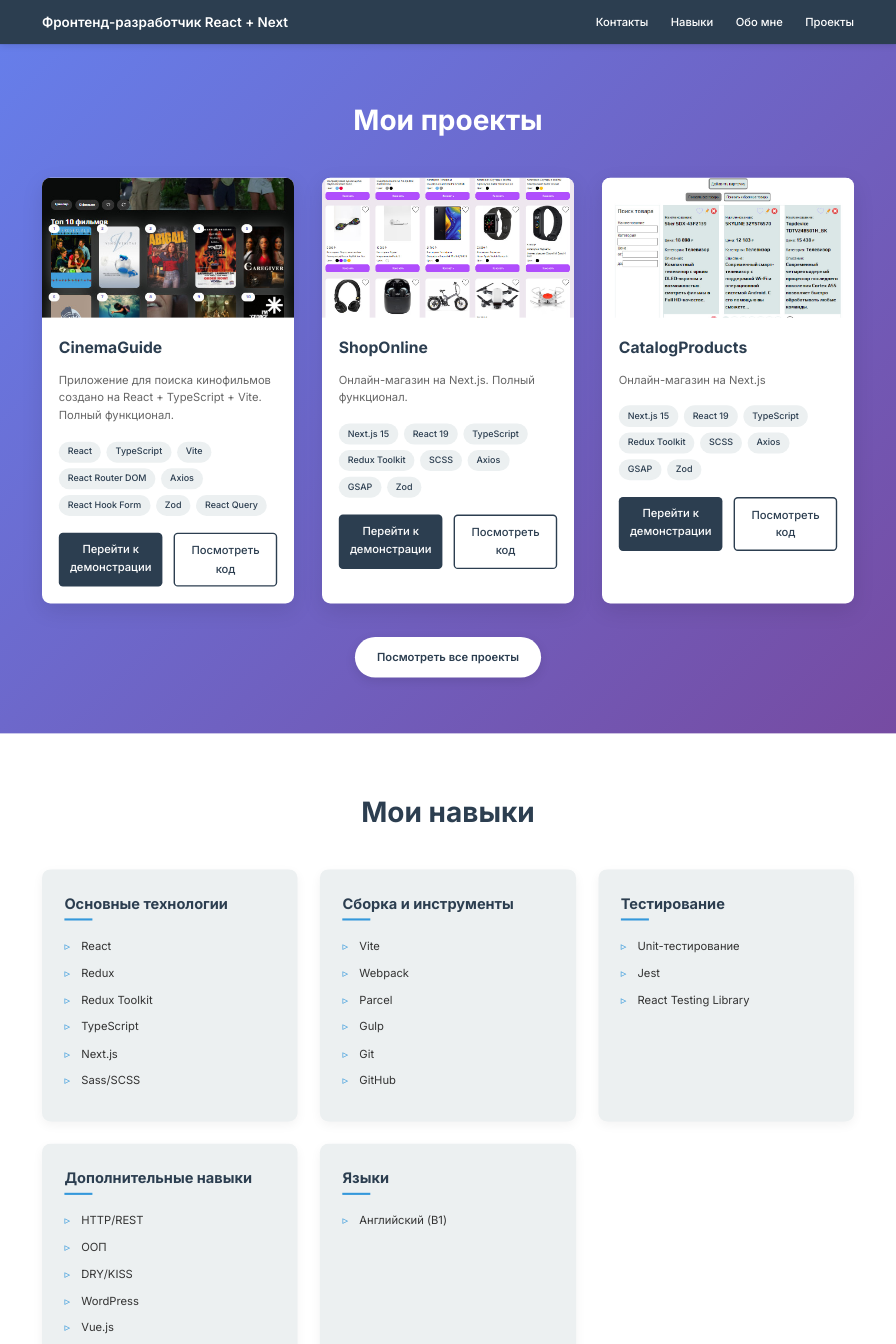
Repository: RostislavZeberg/resume-app
Page: /
An editor plug-in stored every save of this project. The page is shown before and after the next save, followed by the edit.
The browser window is 1280 px wide. The pictures show the part of the page from y = 0 to 1920 px (the page is 3604 px tall), at 70% of full size.
The project was rebuilt for these pictures with package versions that can differ from the ones it lists, and the page was loaded fresh each time. The framework's server and built-in components were replaced by stand-ins that run in the browser. Also part of the build but not shown: next.config.ts.

Above is the page before, as saved 2025-09-18 13:47:53.

### pages/_app.tsx
import type { AppProps } from 'next/app';
import '../styles/globals.scss';
import Head from 'next/head';

function MyApp({ Component, pageProps }: AppProps) {
  return (
    <>
      <Head>
        <meta name="viewport" content="width=device-width, initial-scale=1" />
        <meta name="theme-color" content="#2c3e50" />
        <meta name="description" content="Резюме фронтенд-разработчика React с 5+ годами опыта. Специализация: React, TypeScript, Next.js, Redux Toolkit." />
        <meta name="keywords" content="React, TypeScript, Next.js, фронтенд-разработчик, резюме" />
        <meta property="og:title" content="Фронтенд-разработчик React" />
        <meta property="og:description" content="Резюме фронтенд-разработчика React с 5+ годами опыта" />
        <meta property="og:type" content="website" />
        <link rel="icon" href="/favicon.ico" />
      </Head>
      <Component {...pageProps} />
    </>
  );
}

export default MyApp;

### pages/_document.tsx
import { Html, Head, Main, NextScript } from 'next/document';

export default function Document() {
  return (
    <Html lang="ru">
      <Head>
        <link rel="preconnect" href="https://fonts.googleapis.com" />
        <link rel="preconnect" href="https://fonts.gstatic.com" crossOrigin="anonymous" />
        <link href="https://fonts.googleapis.com/css2?family=Inter:wght@300;400;500;600;700&display=swap" rel="stylesheet" />

        {/* Фавикон */}
        <link rel="icon" href="/favicon.ico" sizes="any" />
        <link rel="icon" href="/favicon.svg" type="image/svg+xml" />
        <link rel="apple-touch-icon" href="/apple-touch-icon.png" />
        <link rel="manifest" href="/manifest.webmanifest" />

        {/* Мета-теги */}
        <meta name="theme-color" content="#2c3e50" />
        <meta name="description" content="Резюме фронтенд-разработчика React с 5+ годами опыта. Специализация: React, TypeScript, Next.js, Redux Toolkit." />
        <meta name="keywords" content="React, TypeScript, Next.js, фронтенд-разработчик, резюме" />
      </Head>
      <body>
        <Main />
        <NextScript />
      </body>
    </Html>
  );
}

### pages/index.tsx
import Head from 'next/head';
import { NextPage } from 'next';
import Contacts from '../components/Sections/Contacts';
import Skills from '../components/Sections/Skills';
import About from '../components/Sections/About';
import Projects from '../components/Sections/Projects';
import Header from '../components/Layout/Header';

const Home: NextPage = () => {
  return (
    <>
      <Head>
        <title>Фронтенд-разработчик React | Резюме</title>
        <meta name="description" content="Резюме фронтенд-разработчика React с 5+ годами опыта. Специализация: React, TypeScript, Next.js, Redux Toolkit." />
        <meta name="keywords" content="React, TypeScript, Next.js, фронтенд-разработчик, резюме" />
        <meta property="og:title" content="Фронтенд-разработчик React" />
        <meta property="og:description" content="Резюме фронтенд-разработчика React с 5+ годами опыта" />
        <meta property="og:type" content="website" />
        <link rel="icon" href="/favicon.ico" />
      </Head>

      <Header />
      <main>
        <Projects />
        <Skills />
        <About />
        <Contacts />
      </main>
    </>
  );
};

export default Home;

### styles/globals.scss
// Переменные и миксины
@import './variables.scss';
@import './mixins';

// Глобальные стили
* {
  box-sizing: border-box;
  margin: 0;
  padding: 0;
}

html {
  scroll-behavior: smooth;
  scroll-padding-top: 60px;
}

body {
  font-family: 'Inter', 'Arial', sans-serif;
  line-height: 1.6;
  color: $text-color;
  background-color: $background-color;
  padding-top: 60px;
}

.container {
  max-width: 1200px;
  margin: 0 auto;
  padding: 0 20px;
}

section {
  padding: 80px 0;

  h2 {
    text-align: center;
    margin-bottom: 50px;
    font-size: 2.5rem;
    color: $primary-color;
  }
}

// Анимации
@keyframes fadeIn {
  from {
    opacity: 0;
    transform: translateY(20px);
  }
  to {
    opacity: 1;
    transform: translateY(0);
  }
}

.fade-in {
  animation: fadeIn 0.6s ease forwards;
}

// Адаптивность
@include desktop {
  .container {
    max-width: 1200px;
  }
}

@include tablet {
  .container {
    max-width: 100%;
    padding: 0 15px;
  }

  section {
    padding: 60px 0;

    h2 {
      font-size: 2rem;
      margin-bottom: 40px;
    }
  }
}

@include mobile {
  .container {
    padding: 0 10px;
  }

  section {
    padding: 40px 0;

    h2 {
      font-size: 1.8rem;
      margin-bottom: 30px;
    }
  }
}

### components/Sections/Contacts.tsx
import React from 'react';
import Icon from '../UI/Icon';
import styles from '../../styles/sections/contacts.module.scss';
import { contacts } from '@/info/contacts';

const Contacts: React.FC = () => {

  return (
    <section id="contacts" className={styles.contacts}>
      <div className="container">
        <h2>Контакты</h2>
        <div className={styles.contactsGrid}>
          {contacts.map((contact, index) => (
            <a
              key={index}
              href={contact.href}
              className={styles.contactItem}
              target="_blank"
              rel="noopener noreferrer"
            >
              <Icon name={contact.icon} className={styles.contactIcon} />
              <span>{contact.text}</span>
            </a>
          ))}
        </div>
      </div>
    </section>
  );
};

export default Contacts;

### components/Sections/Skills.tsx
import React from 'react';
import styles from '../../styles/sections/skills.module.scss';

const Skills: React.FC = () => {
  const skillCategories = [
    {
      title: 'Основные технологии',
      skills: ['React', 'Redux', 'Redux Toolkit', 'TypeScript', 'Next.js', 'Sass/SCSS']
    },
    {
      title: 'Сборка и инструменты',
      skills: ['Vite', 'Webpack', 'Parcel', 'Gulp', 'Git', 'GitHub']
    },
    {
      title: 'Тестирование',
      skills: ['Unit-тестирование', 'Jest', 'React Testing Library']
    },
    {
      title: 'Дополнительные навыки',
      skills: ['HTTP/REST', 'ООП', 'DRY/KISS', 'WordPress', 'Vue.js', 'SQL', 'Python', 'Docker', 'Linux']
    },
    {
      title: 'Языки',
      skills: ['Английский (B1)']
    }
  ];

  return (
    <section id="skills" className={styles.skills}>
      <div className="container">
        <h2>Мои навыки</h2>
        <div className={styles.skillsGrid}>
          {skillCategories.map((category, index) => (
            <div key={index} className={styles.skillCategory}>
              <h3>{category.title}</h3>
              <ul>
                {category.skills.map((skill, i) => (
                  <li key={i}>{skill}</li>
                ))}
              </ul>
            </div>
          ))}
        </div>
      </div>
    </section>
  );
};

export default Skills;

### components/Sections/About.tsx
import React from 'react';
import styles from '../../styles/sections/about.module.scss';

const About: React.FC = () => {
  return (
    <section id="about" className={styles.about}>
      <div className="container">
        <h2>Обо мне</h2>
        <div className={styles.aboutContent}>
          <p>
            Усидчив и внимателен к деталям, сосредоточен на выполнении задач, не отвлекаясь на внешние раздражители.
            Мой скрупулезный подход к архитектуре кода, его чистоте и читабельности сводит к минимуму возникновение ошибок
            при дальнейшей эксплуатации проектов.
          </p>
          <p>
            Коммуникабелен и открыт для общения с коллегами, что позволяет эффективно обсуждать проекты и находить оптимальные решения.
            Дисциплинированность помогает мне выстраивать свою работу по четкому плану, всегда выполнять задачи качественно и в срок,
            а также быть требовательным к себе.
          </p>
          <p>
            Инициативность является важной частью моей работы: я не боюсь доводить до руководства свои идеи и предложения по решению проблем.
            Обучаем и стремлюсь к постоянному развитию, ведь IT-отрасль динамично меняется, и изучение новых направлений и тенденций
            в программировании – это важная часть моего профессионального роста.
          </p>
          <p>
            Есть желание работать и развиваться в сфере разработки приложений, которая является частью моего восприятия мира.
            Я наслаждаюсь процессом создания кода и когда вижу результаты своей деятельности.
          </p>
          <p>
            К своим сильным сторонам отношу навыки работы в команде, стремление находить максимально эффективные и эстетичные решения,
            а также способность самостоятельно искать ресурсы для решения проблем и повышения профессионального уровня.
          </p>
          <p>
            Рассматриваю проектную деятельность и удаленную работу.
          </p>
        </div>
      </div>
    </section>
  );
};

export default About;

### components/Sections/Projects.tsx
import React from 'react';
import ProjectCard from '../UI/ProjectCard';
import styles from '../../styles/sections/projects.module.scss';
import { projects } from '@/info/projects';

const Projects: React.FC = () => {
  return (
    <section id="projects" className={styles.projects}>
      <div className="container">
        <h2>Мои проекты</h2>
        <div className={styles.projectsGrid}>
          {projects.map((project, index) => (
            <ProjectCard key={index} project={project} />
          ))}
        </div>
        <div className={styles.viewAll}>
          <a
            href="https://github.com/RostislavZeberg?tab=repositories"
            className={styles.viewAllButton}
            target="_blank"
            rel="noopener noreferrer"
          >
            Посмотреть все проекты
          </a>
        </div>
      </div>
    </section>
  );
};

export default Projects;

### components/Layout/Header.tsx
import React, { useState } from 'react';
import Link from 'next/link';
import styles from '../../styles/layout/header.module.scss';

const Header: React.FC = () => {
  const [isMenuOpen, setIsMenuOpen] = useState(false);

  const toggleMenu = () => {
    setIsMenuOpen(!isMenuOpen);
  };

  return (
    <header className={styles.header}>
      <div className="container">
        <nav className={styles.nav}>
          <div className={styles.logo}>
            <Link href="/">Фронтенд-разработчик React + Next</Link>
          </div>

          <button
            className={`${styles.menuToggle} ${isMenuOpen ? styles.active : ''}`}
            onClick={toggleMenu}
            aria-label="Меню"
          >
            <span></span>
            <span></span>
            <span></span>
          </button>

          <ul className={`${styles.navList} ${isMenuOpen ? styles.active : ''}`}>
            <li><a href="#contacts" onClick={() => setIsMenuOpen(false)}>Контакты</a></li>
            <li><a href="#skills" onClick={() => setIsMenuOpen(false)}>Навыки</a></li>
            <li><a href="#about" onClick={() => setIsMenuOpen(false)}>Обо мне</a></li>
            <li><a href="#projects" onClick={() => setIsMenuOpen(false)}>Проекты</a></li>
          </ul>
        </nav>
      </div>
    </header>
  );
};

export default Header;

### styles/variables.scss
// Цвета
$primary-color: #2c3e50;
$secondary-color: #3498db;
$accent-color: #e74c3c;
$background-color: #f9f9f9;
$text-color: #333;
$light-gray: #ecf0f1;

// Breakpoints
$desktop: 1280px;
$tablet: 1024px;
$small-tablet: 768px;
$mobile: 320px;

### styles/mixins.scss
@mixin desktop {
  @media (min-width: #{$desktop}) {
    @content;
  }
}

@mixin tablet {
  @media (min-width: #{$small-tablet}) and (max-width: #{$tablet}) {
    @content;
  }
}

@mixin small-tablet {
  @media (min-width: #{$mobile}) and (max-width: #{$small-tablet - 1px}) {
    @content;
  }
}

@mixin mobile {
  @media (max-width: #{$mobile}) {
    @content;
  }
}

@mixin flex-center {
  display: flex;
  justify-content: center;
  align-items: center;
}

@mixin card-shadow {
  box-shadow: 0 4px 6px rgba(0, 0, 0, 0.1);
  transition: box-shadow 0.3s ease;

  &:hover {
    box-shadow: 0 10px 20px rgba(0, 0, 0, 0.15);
  }
}

### components/UI/Icon.tsx
import React from 'react';
import Image from 'next/image';

interface IconProps {
  name: string;
  className?: string;
  width?: number;
  height?: number;
}

const Icon: React.FC<IconProps> = ({ name, className = '', width = 24, height = 24 }) => {
  return (
    <Image
      src={`/icons/${name}.svg`}
      alt={`${name} icon`}
      width={width}
      height={height}
      className={className}
    />
  );
};

export default Icon;

### styles/sections/contacts.module.scss
@import '../variables';
@import '../mixins';

.contacts {
  background: linear-gradient(135deg, #f5f7fa 0%, #c3cfe2 100%);
  padding: 100px 0;
}

.contactsGrid {
  display: grid;
  grid-template-columns: repeat(auto-fit, minmax(250px, 1fr));
  gap: 2rem;
  margin-top: 3rem;
}

.contactItem {
  display: flex;
  flex-direction: column;
  align-items: center;
  justify-content: center;
  background: white;
  padding: 2rem;
  border-radius: 12px;
  box-shadow: 0 10px 30px rgba(0, 0, 0, 0.1);
  transition: all 0.3s ease;
  text-decoration: none;
  color: $text-color;

  &:hover {
    transform: translateY(-5px);
    box-shadow: 0 15px 40px rgba(0, 0, 0, 0.15);

    .contactIcon {
      transform: scale(1.1);
    }
  }
}

.contactIcon {
  width: 60px;
  height: 60px;
  margin-bottom: 1rem;
  transition: transform 0.3s ease;
}

// Адаптивность
@include tablet {
  .contactsGrid {
    grid-template-columns: repeat(2, 1fr);
    gap: 1.5rem;
  }
}

@include small-tablet {
  .contactsGrid {
    grid-template-columns: 1fr;
    gap: 1rem;
  }

  .contactItem {
    padding: 1.5rem;
  }
}

@include mobile {
  .contacts {
    padding: 80px 0;
  }

  .contactIcon {
    width: 50px;
    height: 50px;
  }
}

### info/contacts.ts
export const contacts = [
  { icon: 'email', text: 'zeberg@bk.ru', href: 'mailto:zeberg@bk.ru' },
  { icon: 'phone', text: '+7(960)-552-4171', href: 'tel:+79605524171' },
  { icon: 'telegram', text: '@zeberg_jaguar', href: 'https://t.me/zeberg_jaguar' },
  { icon: 'github', text: 'GitHub', href: 'https://github.com/RostislavZeberg?tab=repositories' }
];

### styles/sections/skills.module.scss
@import '../variables';
@import '../mixins';

.skills {
  background-color: white;
}

.skillsGrid {
  display: grid;
  grid-template-columns: repeat(auto-fit, minmax(300px, 1fr));
  gap: 2rem;
}

.skillCategory {
  background: $light-gray;
  padding: 2rem;
  border-radius: 12px;
  box-shadow: 0 5px 15px rgba(0, 0, 0, 0.05);

  h3 {
    color: $primary-color;
    margin-bottom: 1.5rem;
    font-size: 1.3rem;
    position: relative;
    padding-bottom: 0.5rem;

    &::after {
      content: '';
      position: absolute;
      bottom: 0;
      left: 0;
      width: 40px;
      height: 3px;
      background: $secondary-color;
    }
  }

  ul {
    list-style: none;
  }

  li {
    margin-bottom: 0.8rem;
    padding-left: 1.5rem;
    position: relative;

    &::before {
      content: '▹';
      position: absolute;
      left: 0;
      color: $secondary-color;
    }
  }
}

// Адаптивность
@include tablet {
  .skillsGrid {
    grid-template-columns: repeat(2, 1fr);
    gap: 1.5rem;
  }
}

@include small-tablet {
  .skillsGrid {
    grid-template-columns: 1fr;
    gap: 1rem;
  }

  .skillCategory {
    padding: 1.5rem;
  }
}

@include mobile {
  .skillCategory {
    padding: 1.2rem;

    h3 {
      font-size: 1.2rem;
    }
  }
}

### styles/sections/about.module.scss
@import '../variables';
@import '../mixins';

.about {
  background-color: $light-gray;
}

.aboutContent {
  max-width: 800px;
  margin: 0 auto;

  p {
    margin-bottom: 1.5rem;
    line-height: 1.8;
    text-align: justify;
  }
}

// Адаптивность
@include tablet {
  .aboutContent {
    padding: 0 1rem;
  }
}

@include mobile {
  .aboutContent p {
    text-align: left;
  }
}

### components/UI/ProjectCard.tsx
import React from 'react';
import Image from 'next/image';
import styles from '../../styles/ui/project-card.module.scss';

interface Project {
  name: string;
  description: string;
  demoLink: string;
  codeLink: string;
  technologies: string[];
}

interface ProjectCardProps {
  project: Project;
}

const ProjectCard: React.FC<ProjectCardProps> = ({ project }) => {
  return (
    <div className={styles.projectCard}>
      <div className={styles.projectImage}>
        <a href={project.demoLink} target="_blank" rel="noopener noreferrer">
          <Image
            src={`/images/projects/${project.name.toLowerCase()}.jpg`}
            alt={project.name}
            fill
            style={{ objectFit: 'cover' }}
            sizes="(max-width: 768px) 100vw, (max-width: 1200px) 50vw, 33vw"
          />
        </a>
      </div>
      <div className={styles.projectContent}>
        <h3>{project.name}</h3>
        <p>{project.description}</p>
        <div className={styles.technologies}>
          {project.technologies.map((tech, index) => (
            <span key={index} className={styles.techTag}>{tech}</span>
          ))}
        </div>
        <div className={styles.projectActions}>
          <a
            href={project.demoLink}
            className={styles.demoButton}
            target="_blank"
            rel="noopener noreferrer"
          >
            Перейти к демонстрации
          </a>
          <a
            href={project.codeLink}
            className={styles.codeButton}
            target="_blank"
            rel="noopener noreferrer"
          >
            Посмотреть код
          </a>
        </div>
      </div>
    </div>
  );
};

export default ProjectCard;

### styles/sections/projects.module.scss
@import '../variables';
@import '../mixins';

.projects {
  background: linear-gradient(135deg, #667eea 0%, #764ba2 100%);
  color: white;

  h2 {
    color: white;
  }
}

.projectsGrid {
  display: grid;
  grid-template-columns: repeat(auto-fit, minmax(350px, 1fr));
  gap: 2.5rem;
  margin-bottom: 3rem;
}

.viewAll {
  text-align: center;
  margin-top: 3rem;
}

.viewAllButton {
  display: inline-block;
  padding: 1rem 2rem;
  background: white;
  color: $primary-color;
  text-decoration: none;
  border-radius: 30px;
  font-weight: 600;
  transition: all 0.3s ease;
  box-shadow: 0 5px 15px rgba(0, 0, 0, 0.1);

  &:hover {
    transform: translateY(-3px);
    box-shadow: 0 10px 25px rgba(0, 0, 0, 0.2);
    background: $accent-color;
    color: white;
  }
}

// Адаптивность
@include tablet {
  .projectsGrid {
    grid-template-columns: repeat(2, 1fr);
    gap: 2rem;
  }
}

@include small-tablet {
  .projectsGrid {
    grid-template-columns: 1fr;
    gap: 1.5rem;
  }
}

@include mobile {
  .projectsGrid {
    grid-template-columns: 1fr;
    gap: 1.5rem;
  }

  .viewAllButton {
    padding: 0.8rem 1.5rem;
    font-size: 0.9rem;
  }
}

### info/projects.ts
export const projects = [
  {
    name: 'CinemaGuide',
    description: 'Приложение для поиска кинофильмов создано на React + TypeScript + Vite. Полный функционал.',
    demoLink: 'https://rostislavzeberg.github.io/CinemaGuide',
    codeLink: 'https://github.com/RostislavZeberg/CinemaGuide/tree/dev',
    technologies: ['React', 'TypeScript', 'Vite', 'React Router DOM', 'Axios', 'React Hook Form', 'Zod', 'React Query']
  },
  {
    name: 'ShopOnline',
    description: 'Онлайн-магазин на Next.js. Полный функционал.',
    demoLink: 'https://shop-online-omega.vercel.app/',
    codeLink: 'https://github.com/RostislavZeberg/ShopOnline',
    technologies: ['Next.js 15', 'React 19', 'TypeScript', 'Redux Toolkit', 'SCSS', 'Axios', 'GSAP', 'Zod']
  },
  {
    name: 'CatalogProducts',
    description: 'Онлайн-магазин на Next.js',
    demoLink: 'https://shop-online-omega.vercel.app/',
    codeLink: 'https://github.com/RostislavZeberg/ShopOnline',
    technologies: ['Next.js 15', 'React 19', 'TypeScript', 'Redux Toolkit', 'SCSS', 'Axios', 'GSAP', 'Zod']
  },
];

### styles/layout/header.module.scss
@import '../variables';
@import '../mixins';

.header {
  background-color: $primary-color;
  color: white;
  position: fixed;
  top: 0;
  left: 0;
  right: 0;
  z-index: 1000;
  box-shadow: 0 2px 10px rgba(0, 0, 0, 0.1);
}

.nav {
  display: flex;
  justify-content: space-between;
  align-items: center;
  padding: 1rem 0;
}

.logo {
  a {
    color: white;
    text-decoration: none;
    font-weight: 600;
    font-size: 1.2rem;

    &:hover {
      color: $accent-color;
    }
  }
}

.navList {
  display: flex;
  list-style: none;
  gap: 2rem;

  a {
    color: white;
    text-decoration: none;
    font-weight: 500;
    transition: color 0.3s ease;

    &:hover {
      color: $accent-color;
    }
  }
}

.menuToggle {
  display: none;
  flex-direction: column;
  justify-content: space-around;
  width: 2rem;
  height: 2rem;
  background: transparent;
  border: none;
  cursor: pointer;
  padding: 0;

  span {
    width: 2rem;
    height: 0.25rem;
    background: white;
    border-radius: 10px;
    transition: all 0.3s linear;
    position: relative;
    transform-origin: 1px;
  }
}

// Адаптивность
@include tablet {
  .navList {
    gap: 1.5rem;
  }
}

@include small-tablet {
  .menuToggle {
    display: flex;
    z-index: 1001;
  }

  .navList {
    position: fixed;
    top: 0;
    right: 0;
    height: 100vh;
    width: 70%;
    background: $primary-color;
    flex-direction: column;
    justify-content: center;
    align-items: center;
    transform: translateX(100%);
    transition: transform 0.3s ease-in-out;

    &.active {
      transform: translateX(0);
    }
  }

  .menuToggle.active {
    span:nth-child(1) {
      transform: rotate(45deg);
    }

    span:nth-child(2) {
      opacity: 0;
    }

    span:nth-child(3) {
      transform: rotate(-45deg);
    }
  }
}

@include mobile {
  .logo a {
    font-size: 1rem;
  }
}

Loaded but not shown: styles/ui/project-card.module.scss (137 lines, source omitted)

After the next save:
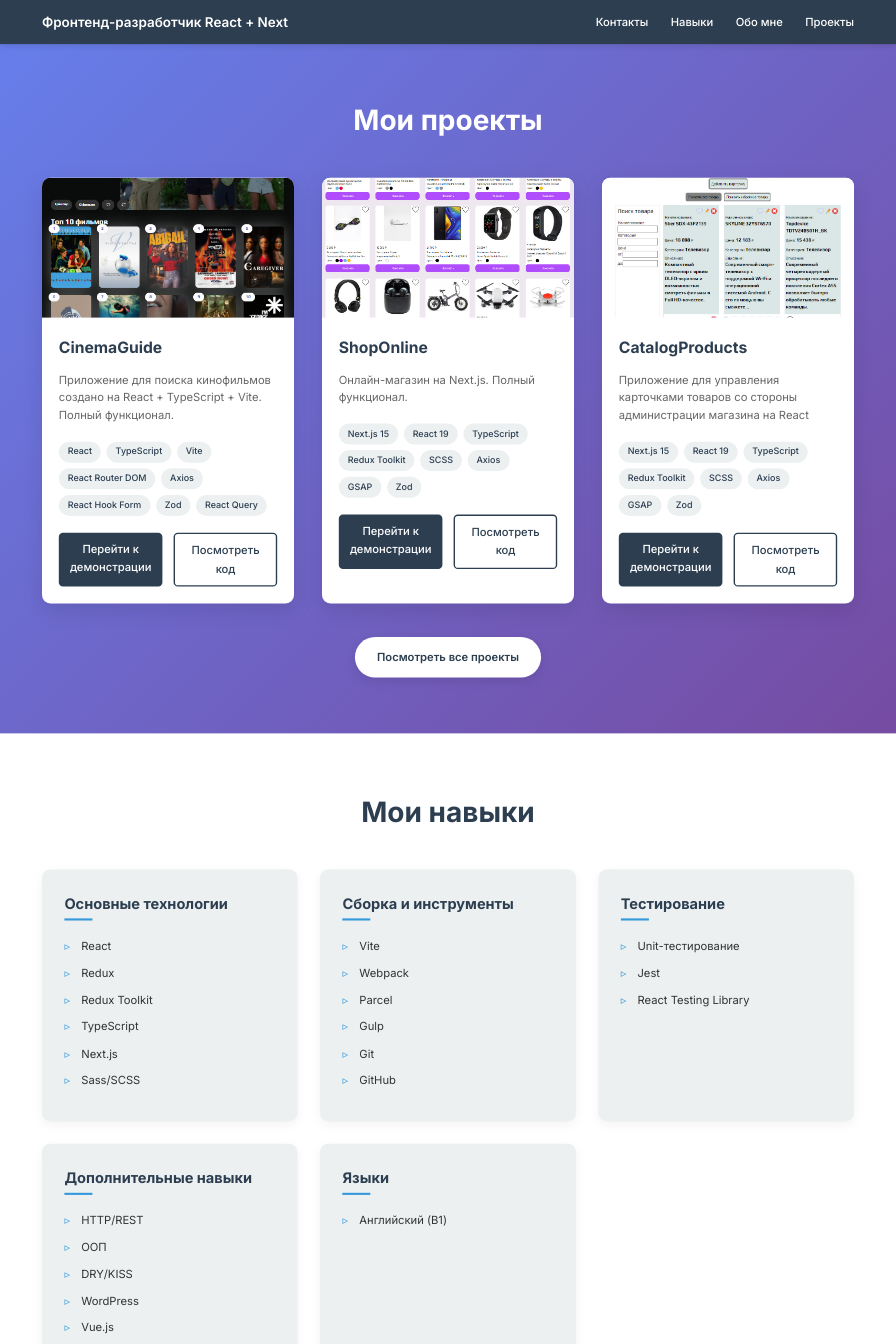
Saved 15 s later.
--- a/info/projects.ts
+++ b/info/projects.ts
@@ -15,7 +15,7 @@ export const projects = [
   },
   {
     name: 'CatalogProducts',
-    description: 'Онлайн-магазин на Next.js',
+    description: 'Приложение для управления карточками товаров со стороны администрации магазина на React',
     demoLink: 'https://shop-online-omega.vercel.app/',
     codeLink: 'https://github.com/RostislavZeberg/ShopOnline',
     technologies: ['Next.js 15', 'React 19', 'TypeScript', 'Redux Toolkit', 'SCSS', 'Axios', 'GSAP', 'Zod']
